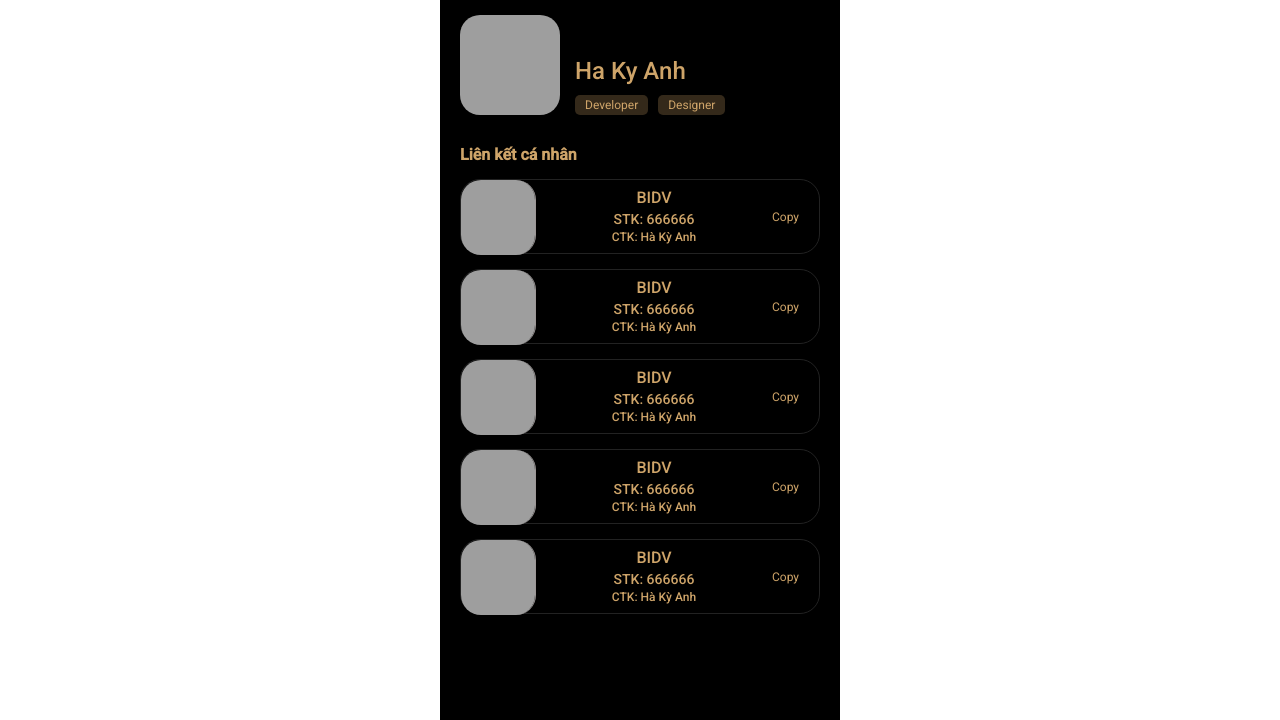
Repository: yzarc204/nguyen-tien-viet-hoang
Page: thong-tin-thanh-toan/index.html
These files come from the project's save history. The page is drawn as it stood at one moment and after the next save; the edit follows.
The browser window is 1280 px wide. The pictures show the whole page.
Pictures or frames that could not be fetched are drawn as grey boxes.

Above is the page before, as saved 2021-09-27 11:08:27.

After the next save:
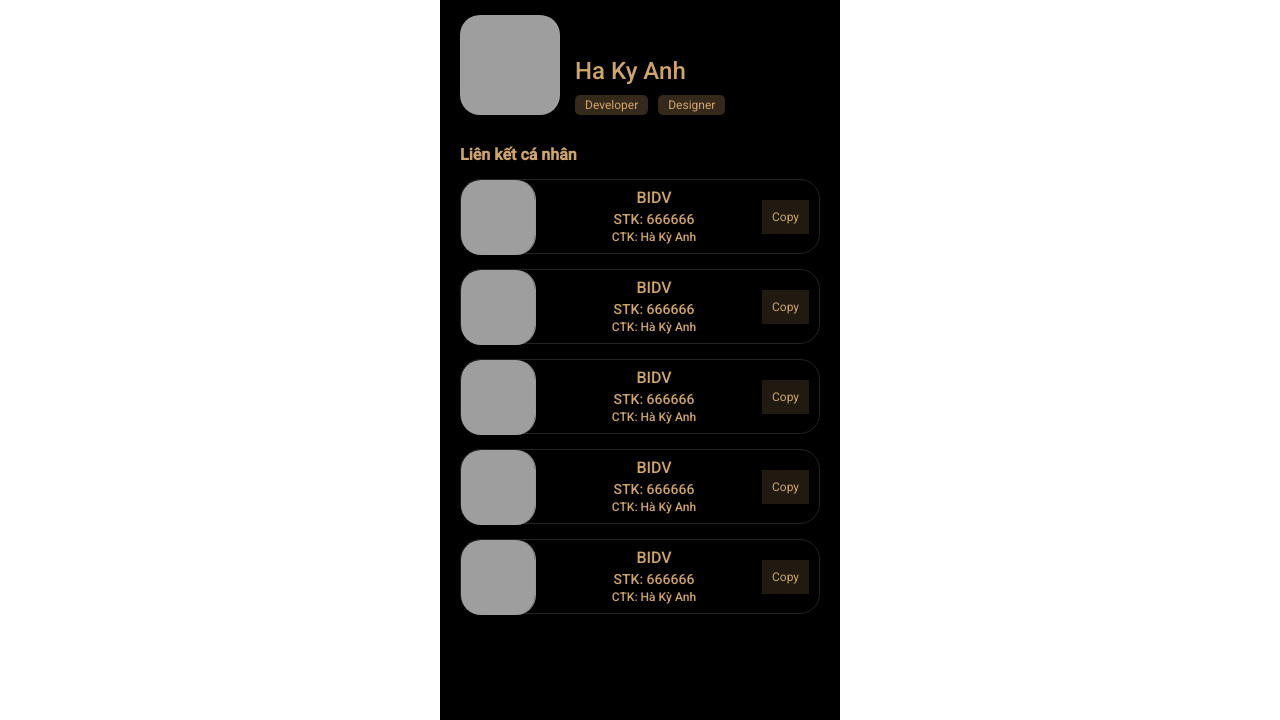
Saved 17 s later.
--- a/thong-tin-thanh-toan/public/css/index.css
+++ b/thong-tin-thanh-toan/public/css/index.css
@@ -127,6 +127,7 @@ body {
 }
 .btn-copy{
     color: var(--primary-color);
+    background-color: var(--secondary-color);
     font-size: 12px;
     height: fit-content;
     padding: 10px;
